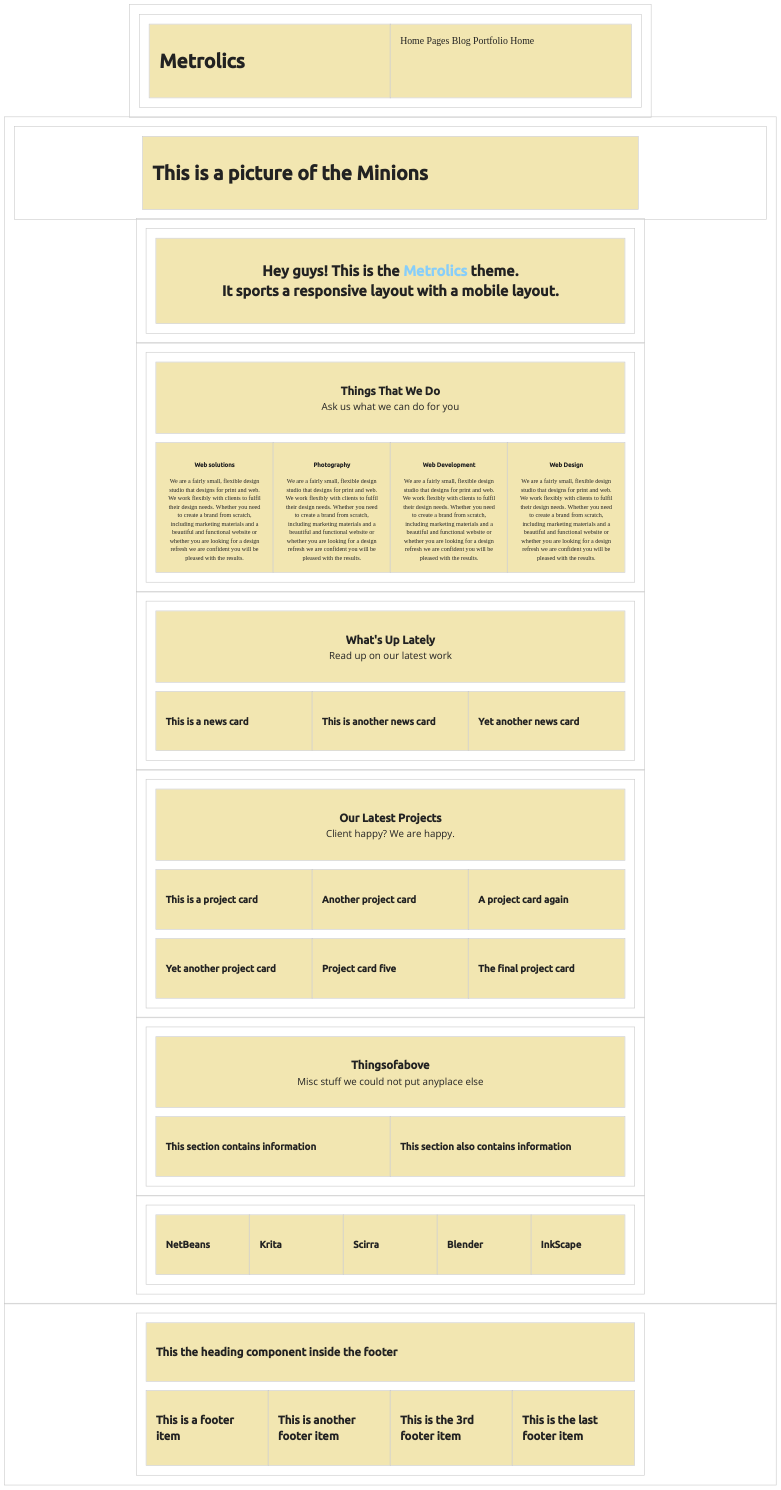
Repository: kennyharman/Marlowe_Kenny_Lab_02B
Page: index.html
These files come from the project's save history. The page is drawn as it stood at one moment and after the next save; the edit follows.
The browser window is 1280 px wide. The pictures show the whole page, at 61% of full size.

Above is the page before, as saved 2024-02-05 14:28:51.

After the next save:
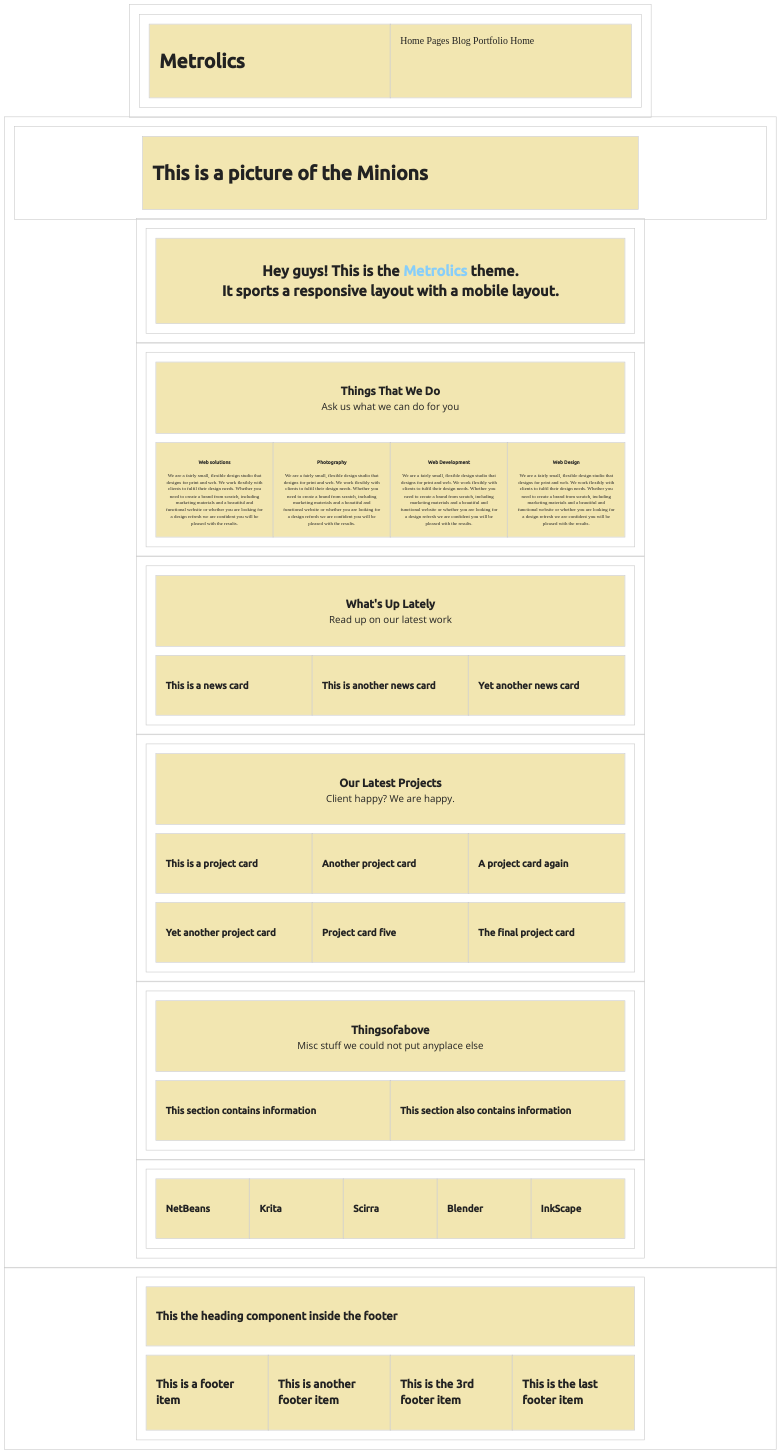
Saved 26 s later.
--- a/css/style.css
+++ b/css/style.css
@@ -320,7 +320,7 @@ p {
   flex-direction: column;
   align-items: center;
   text-align: center;
-  font-size: 10px;
+  font-size: 8px;
 }
 
 /* Small only */
